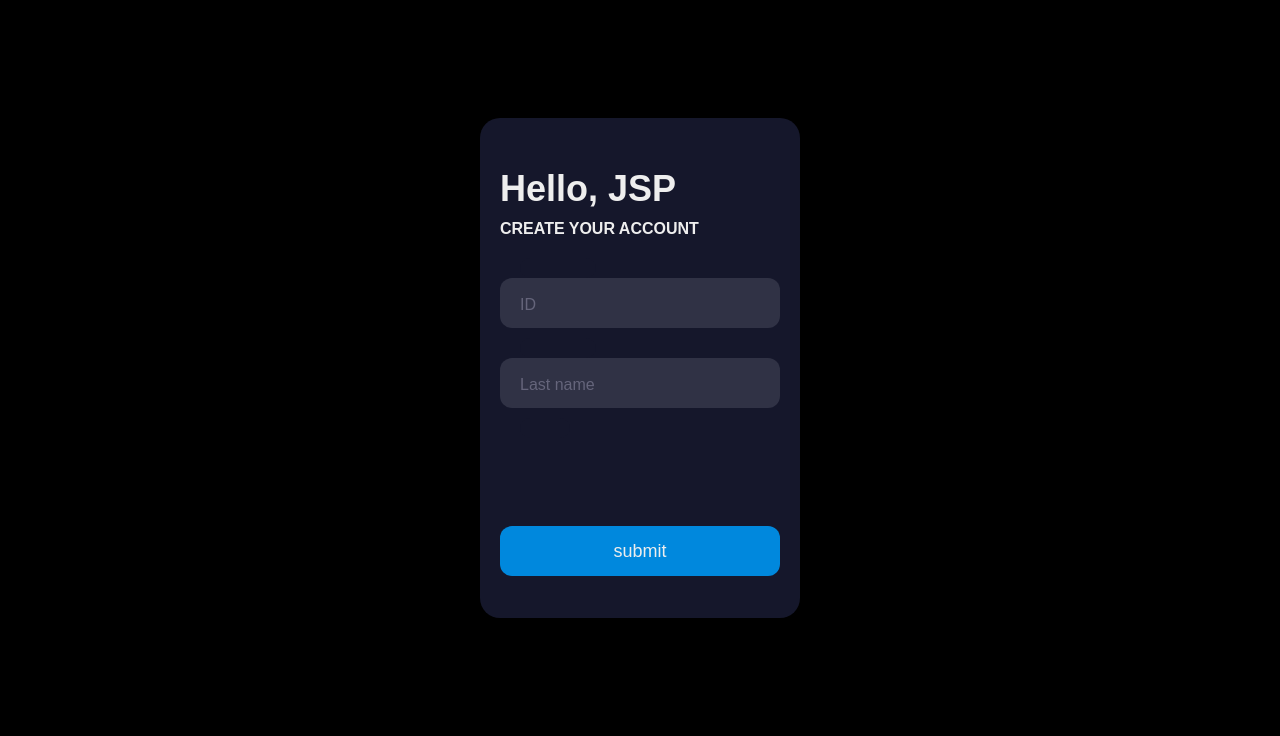
Repository: uhhuhhmm/JSP-Servlet-Class
Page: http://localhost/web02/loginForm259.jsp
An editor plug-in stored every save of this project. The page is shown before and after the next save, followed by the edit.
The browser window is 1280 px wide. The pictures show the whole page.
The page is served by Tomcat 9.

Above is the page before, as saved 2022-07-14 03:17:24.

After the next save:
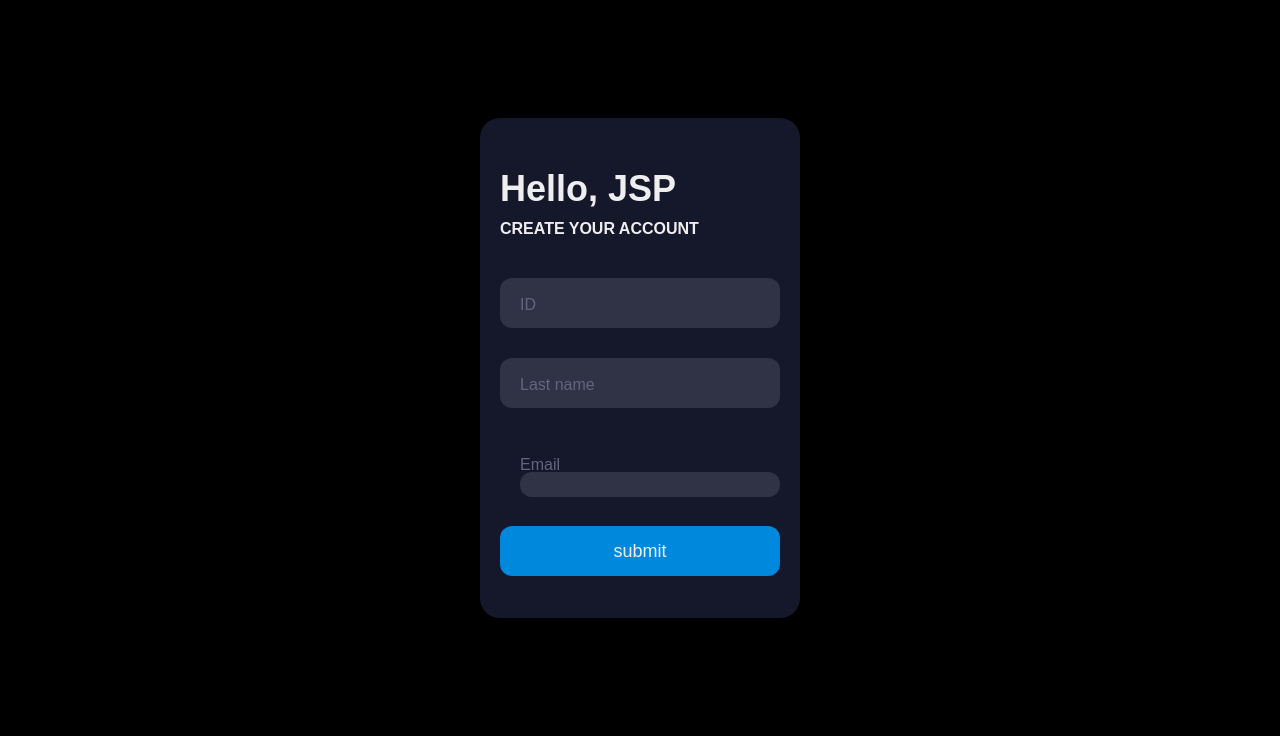
Saved 9 s later.
--- a/web02/WebContent/loginForm259.jsp
+++ b/web02/WebContent/loginForm259.jsp
@@ -149,8 +149,8 @@ body {
       </div>
       <div class="input-container ic2">
         <div class="cut cut-short"></div>
-<!--         <label for="email" class="placeholder">Email</> -->
-<!--         <input id="email" class="input" type="text" placeholder=" " /> -->
+        <label for="email" class="placeholder">Email</>
+        <input id="email" class="input" type="text" placeholder=" " />
       </div>
       <button type="text" class="submit">submit</button>
     </div>
